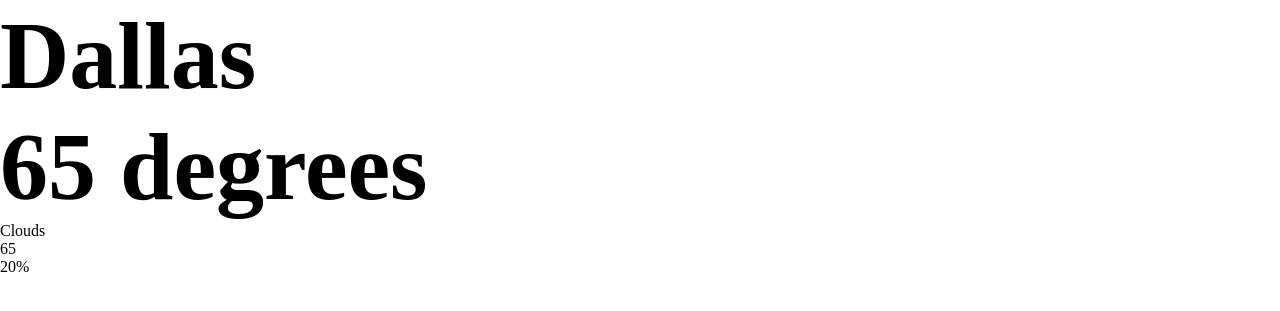
Repository: cakuang1/kanyequotes
Page: /
These files come from the project's save history. The page is drawn as it stood at one moment and after a run of saves; the edit follows.
The browser window is 1280 px wide. The pictures show the whole page.
The project was rebuilt for these pictures with package versions that can differ from the ones it lists, and the page was loaded fresh each time.

Above is the page before, as saved 2022-07-16 15:14:03.

### src/index.css
* {
    box-sizing: border-box;
    margin: 0;
    padding: 0;


}

h1 {
    font-size: 6rem;

}

### src/App.js
import axios from 'axios';
import React,{useState} from 'react';




function App() {

  const url = 'https://api.openweathermap.org/data/2.5/weather?q=sanfrancisco&appid=8b4c41ca9585c94ca791570267e7f977'
  return (
    <div className="app">
        <div className='container'>
          <div className='top'>
            <div className='location'>
              <h1> Dallas</h1>
            </div>
            <div className='temp'>
              <h1>65 degrees</h1>
            </div>
            <div className='description'>
              <p>Clouds</p>
            </div>
          </div>
          <div className='bottome'>
            <div  className = "feels">
              <p>65</p>
            </div>
            <div className='humidity'>
              <p>20%</p>
            </div>
            <div className='winds'>



            </div>

          </div>
        </div>
    </div>
  );
}

export default App;

Loaded but not shown: public/index.html (common file); src/index.js (common file)

After the next 2 saves:
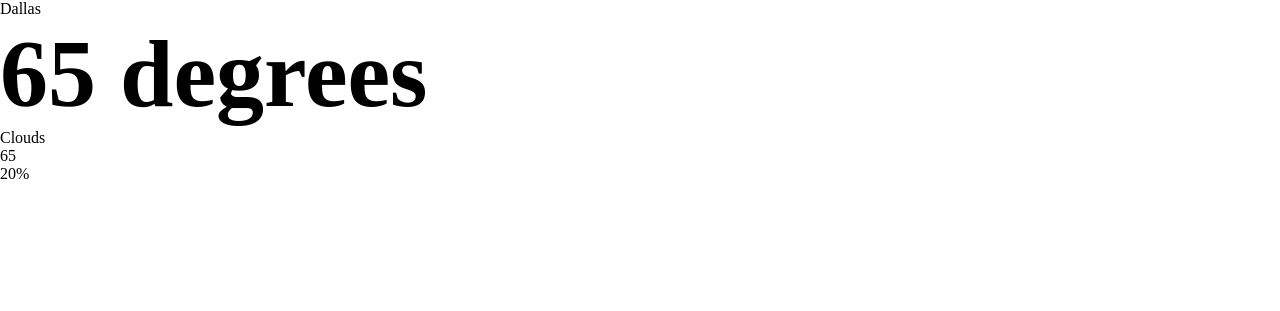
The 2 saves are shown as one change because 1 did not build or start.
The last was saved 12 s later.
--- a/src/App.js
+++ b/src/App.js
@@ -12,7 +12,7 @@ function App() {
         <div className='container'>
           <div className='top'>
             <div className='location'>
-              <h1> Dallas</h1>
+              <p> Dallas</p>
             </div>
             <div className='temp'>
               <h1>65 degrees</h1>
